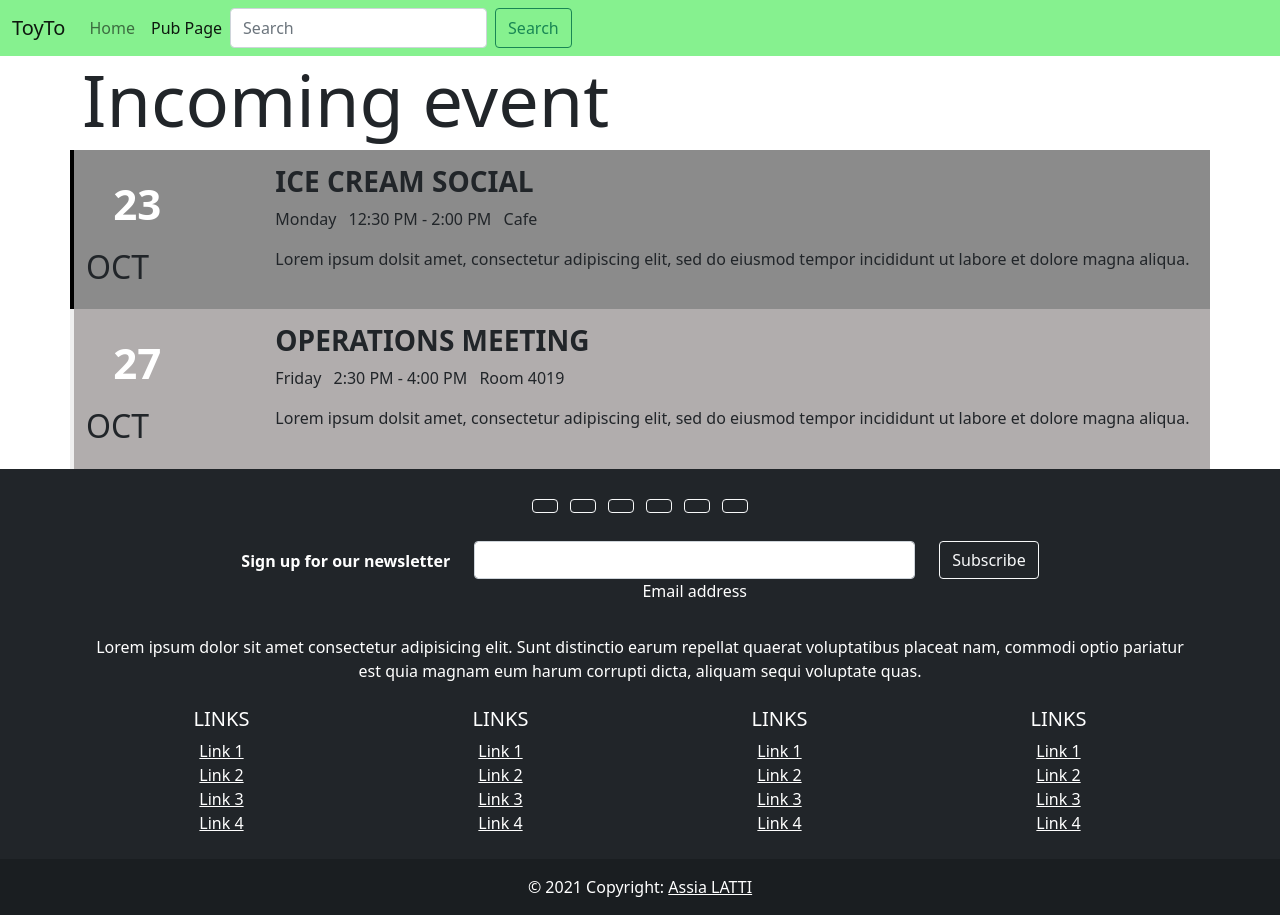
Repository: Omistusama/association
Page: pubpage.html
These files come from the project's save history. The page is drawn as it stood at one moment and after the next save; the edit follows.
The browser window is 1280 px wide. The pictures show the whole page.
Some web libraries are served in a nearby version.

Above is the page before, as saved 2021-02-26 13:48:31.

### pubpage.html
<!DOCTYPE html>
<!--
    Page web créé dans le cadre de l'évaluation du 23/02/2021
    Auteur : Assia LATTI
    Email : lattiassia@gmail.com
-->
<html lang="fr">
    <head><meta charset="UTF-8">
        <meta charset="UTF-8"><meta name="author" content="Assia LATTI">
        <meta name="description" content="Découvrez en quoi vos anciens jouets ont été transformés !">
        <meta name="viewport" content="width=device-width, initial-scale=1.0">
        <link href="https://cdn.jsdelivr.net/npm/bootstrap@5.0.0-beta2/dist/css/bootstrap.min.css" rel="stylesheet" integrity="sha384-BmbxuPwQa2lc/FVzBcNJ7UAyJxM6wuqIj61tLrc4wSX0szH/Ev+nYRRuWlolflfl" crossorigin="anonymous">
        <script src="https://cdn.jsdelivr.net/npm/bootstrap@5.0.0-beta2/dist/js/bootstrap.bundle.min.js" integrity="sha384-b5kHyXgcpbZJO/tY9Ul7kGkf1S0CWuKcCD38l8YkeH8z8QjE0GmW1gYU5S9FOnJ0" crossorigin="anonymous"></script>
        <script src="https://cdn.jsdelivr.net/npm/@popperjs/core@2.6.0/dist/umd/popper.min.js" integrity="sha384-KsvD1yqQ1/1+IA7gi3P0tyJcT3vR+NdBTt13hSJ2lnve8agRGXTTyNaBYmCR/Nwi" crossorigin="anonymous"></script>
        <script src="https://cdn.jsdelivr.net/npm/bootstrap@5.0.0-beta2/dist/js/bootstrap.min.js" integrity="sha384-nsg8ua9HAw1y0W1btsyWgBklPnCUAFLuTMS2G72MMONqmOymq585AcH49TLBQObG" crossorigin="anonymous"></script>
        <link href="pubpagestyles.css" rel="stylesheet" >
        <title>ToyTo - Quand vos Jouets se transforment </title>
    </head>
  <body>
        <header>
            <nav class="navbar navbar-expand-lg navbar-light " style="background-color: #86f18f;">
                <div class="container-fluid">
                  <a class="navbar-brand" href="#">ToyTo</a>
                  <button class="navbar-toggler" type="button" data-bs-toggle="collapse" data-bs-target="#navbarSupportedContent" aria-controls="navbarSupportedContent" aria-expanded="false" aria-label="Toggle navigation">
                    <span class="navbar-toggler-icon"></span>
                  </button>
                  <div class="collapse navbar-collapse" id="navbarSupportedContent">
                    <ul class="navbar-nav me-auto mb-2 mb-lg-0">
                      <li class="nav-item">
                        <a class="nav-link" aria-current="page" href="#">Home</a>
                      </li>
                      <li class="nav-item">
                        <a class="nav-link active" href="#">Pub Page</a>
                      </li>
                    <form class="d-flex">
                      <input class="form-control me-2" type="search" placeholder="Search" aria-label="Search">
                      <button class="btn btn-outline-success" type="submit">Search</button>
                    </form>
                  </div>
                </div>
              </nav>
        </header>
        <div class="container">
            <h1 class="display-2">Incoming event</h1>
            <div class="row row-striped">
                <div class="col-2 text-right">
                    <h1 class="display-4"><span class="badge badge-secondary">23</span></h1>
                    <h2>OCT</h2>
                </div>
                <div class="col-10">
                    <h3 class="text-uppercase"><strong>Ice Cream Social</strong></h3>
                    <ul class="list-inline">
                        <li class="list-inline-item"><i class="fa fa-calendar-o" aria-hidden="true"></i> Monday</li>
                        <li class="list-inline-item"><i class="fa fa-clock-o" aria-hidden="true"></i> 12:30 PM - 2:00 PM</li>
                        <li class="list-inline-item"><i class="fa fa-location-arrow" aria-hidden="true"></i> Cafe</li>
                    </ul>
                    <p>Lorem ipsum dolsit amet, consectetur adipiscing elit, sed do eiusmod tempor incididunt ut labore et dolore magna aliqua.</p>
                </div>
            </div>
            <div class="row row-striped">
                <div class="col-2 text-right">
                    <h1 class="display-4"><span class="badge badge-secondary text-black">27</span></h1>
                    <h2>OCT</h2>
                </div>
                <div class="col-10">
                    <h3 class="text-uppercase"><strong>Operations Meeting</strong></h3>
                    <ul class="list-inline">
                        <li class="list-inline-item"><i class="fa fa-calendar-o" aria-hidden="true"></i> Friday</li>
                        <li class="list-inline-item"><i class="fa fa-clock-o" aria-hidden="true"></i> 2:30 PM - 4:00 PM</li>
                        <li class="list-inline-item"><i class="fa fa-location-arrow" aria-hidden="true"></i> Room 4019</li>
                    </ul>
                    <p>Lorem ipsum dolsit amet, consectetur adipiscing elit, sed do eiusmod tempor incididunt ut labore et dolore magna aliqua.</p>
                </div>
            </div>
        </div>
        <!-- Footer -->
        <footer class="bg-dark text-center text-white">
            <!-- Grid container -->
            <div class="container p-4">
            <!-- Section: Social media -->
            <section class="mb-4">
                <!-- Facebook -->
                <a class="btn btn-outline-light btn-floating m-1" href="#!" role="button"><i class="fab fa-facebook-f"></i></a>

                <!-- Twitter -->
                <a class="btn btn-outline-light btn-floating m-1" href="#!" role="button"
                ><i class="fab fa-twitter"></i
                ></a>

                <!-- Google -->
                <a class="btn btn-outline-light btn-floating m-1" href="#!" role="button"
                ><i class="fab fa-google"></i
                ></a>

                <!-- Instagram -->
                <a class="btn btn-outline-light btn-floating m-1" href="#!" role="button"
                ><i class="fab fa-instagram"></i
                ></a>

                <!-- Linkedin -->
                <a class="btn btn-outline-light btn-floating m-1" href="#!" role="button"
                ><i class="fab fa-linkedin-in"></i
                ></a>

                <!-- Github -->
                <a class="btn btn-outline-light btn-floating m-1" href="#!" role="button"
                ><i class="fab fa-github"></i
                ></a>
            </section>
            <!-- Section: Social media -->

            <!-- Section: Form -->
            <section class="">
                <form action="">
                <!--Grid row-->
                <div class="row d-flex justify-content-center">
                    <!--Grid column-->
                    <div class="col-auto">
                    <p class="pt-2">
                        <strong>Sign up for our newsletter</strong>
                    </p>
                    </div>
                    <!--Grid column-->

                    <!--Grid column-->
                    <div class="col-md-5 col-12">
                    <!-- Email input -->
                    <div class="form-outline form-white mb-4">
                        <input type="email" id="form5Example2" class="form-control" />
                        <label class="form-label" for="form5Example2">Email address</label>
                    </div>
                    </div>
                    <!--Grid column-->

                    <!--Grid column-->
                    <div class="col-auto">
                    <!-- Submit button -->
                    <button type="submit" class="btn btn-outline-light mb-4">
                        Subscribe
                    </button>
                    </div>
                    <!--Grid column-->
                </div>
                <!--Grid row-->
                </form>
            </section>
            <!-- Section: Form -->

            <!-- Section: Text -->
            <section class="mb-4">
                <p>
                Lorem ipsum dolor sit amet consectetur adipisicing elit. Sunt distinctio earum
                repellat quaerat voluptatibus placeat nam, commodi optio pariatur est quia magnam
                eum harum corrupti dicta, aliquam sequi voluptate quas.
                </p>
            </section>
            <!-- Section: Text -->

            <!-- Section: Links -->
            <section class="">
                <!--Grid row-->
                <div class="row">
                <!--Grid column-->
                <div class="col-lg-3 col-md-6 mb-4 mb-md-0">
                    <h5 class="text-uppercase">Links</h5>

                    <ul class="list-unstyled mb-0">
                    <li>
                        <a href="#!" class="text-white">Link 1</a>
                    </li>
                    <li>
                        <a href="#!" class="text-white">Link 2</a>
                    </li>
                    <li>
                        <a href="#!" class="text-white">Link 3</a>
                    </li>
                    <li>
                        <a href="#!" class="text-white">Link 4</a>
                    </li>
                    </ul>
                </div>
                <!--Grid column-->

                <!--Grid column-->
                <div class="col-lg-3 col-md-6 mb-4 mb-md-0">
                    <h5 class="text-uppercase">Links</h5>

                    <ul class="list-unstyled mb-0">
                    <li>
                        <a href="#!" class="text-white">Link 1</a>
                    </li>
                    <li>
                        <a href="#!" class="text-white">Link 2</a>
                    </li>
                    <li>
                        <a href="#!" class="text-white">Link 3</a>
                    </li>
                    <li>
                        <a href="#!" class="text-white">Link 4</a>
                    </li>
                    </ul>
                </div>
                <!--Grid column-->

                <!--Grid column-->
                <div class="col-lg-3 col-md-6 mb-4 mb-md-0">
                    <h5 class="text-uppercase">Links</h5>

                    <ul class="list-unstyled mb-0">
                    <li>
                        <a href="#!" class="text-white">Link 1</a>
                    </li>
                    <li>
                        <a href="#!" class="text-white">Link 2</a>
                    </li>
                    <li>
                        <a href="#!" class="text-white">Link 3</a>
                    </li>
                    <li>
                        <a href="#!" class="text-white">Link 4</a>
                    </li>
                    </ul>
                </div>
                <!--Grid column-->

                <!--Grid column-->
                <div class="col-lg-3 col-md-6 mb-4 mb-md-0">
                    <h5 class="text-uppercase">Links</h5>

                    <ul class="list-unstyled mb-0">
                    <li>
                        <a href="#!" class="text-white">Link 1</a>
                    </li>
                    <li>
                        <a href="#!" class="text-white">Link 2</a>
                    </li>
                    <li>
                        <a href="#!" class="text-white">Link 3</a>
                    </li>
                    <li>
                        <a href="#!" class="text-white">Link 4</a>
                    </li>
                    </ul>
                </div>
                <!--Grid column-->
                </div>
                <!--Grid row-->
            </section>
            <!-- Section: Links -->
            </div>
            <!-- Grid container -->

            <!-- Copyright -->
            <div class="text-center p-3" style="background-color: rgba(0, 0, 0, 0.2);">
            © 2021 Copyright:
            <a class="text-white" href="">Assia LATTI</a>
            </div>
            <!-- Copyright -->
        </footer>
        <!-- Footer -->
    </body>
</html>

### pubpagestyles.css
.row-striped:nth-of-type(odd){
    background-color: #8b8b8b;
    border-left: 4px #000000 solid;
  }

  .row-striped:nth-of-type(even){
    background-color: #b1adad;
    border-left: 4px #efefef solid;
  }

  .row-striped {
      padding: 15px 0;
  }

After the next save:
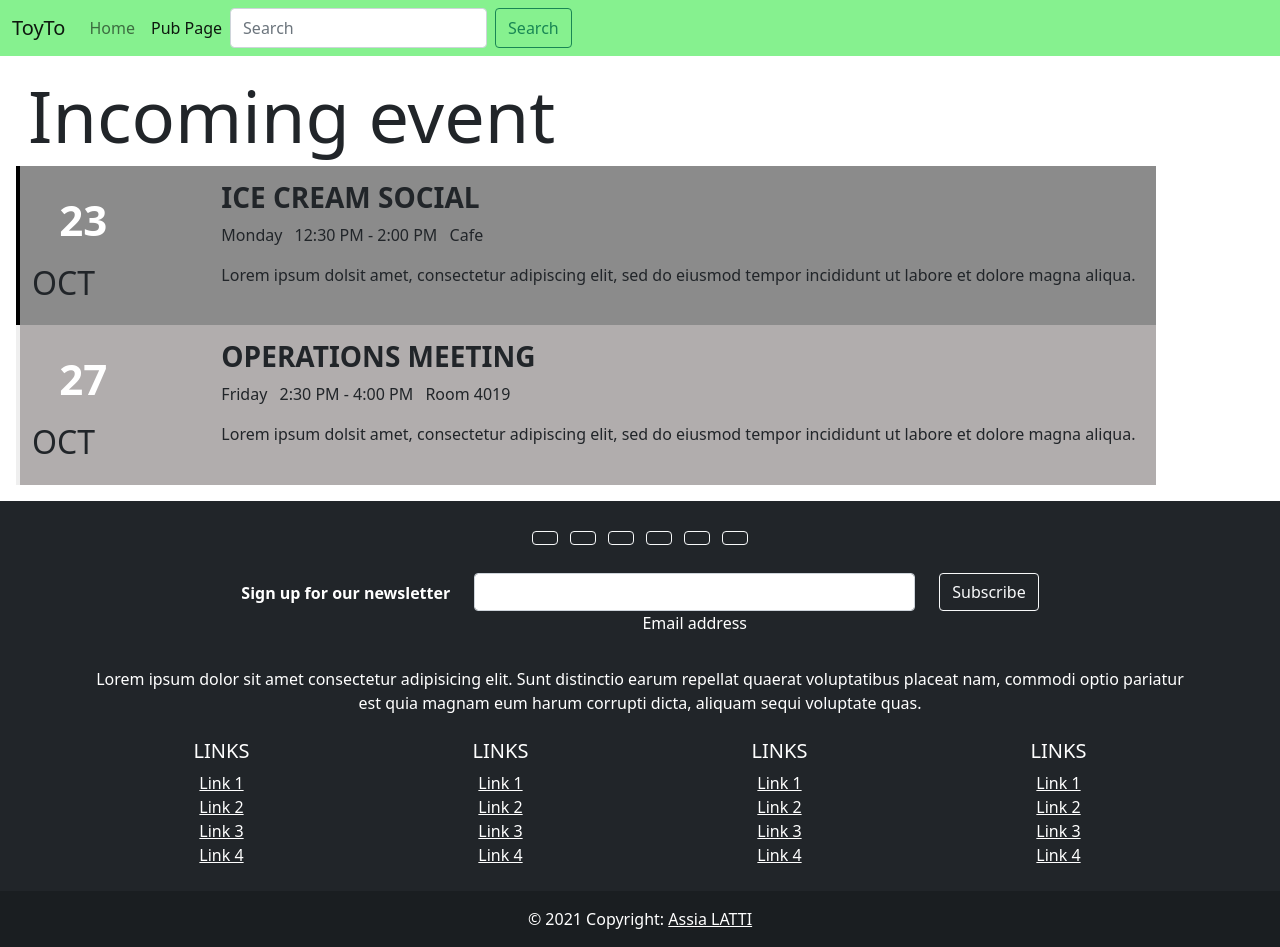
Saved 2 min 20 s later.
--- a/pubpage.html
+++ b/pubpage.html
@@ -40,7 +40,7 @@
                 </div>
               </nav>
         </header>
-        <div class="container">
+        <div class="container m-3">
             <h1 class="display-2">Incoming event</h1>
             <div class="row row-striped">
                 <div class="col-2 text-right">
